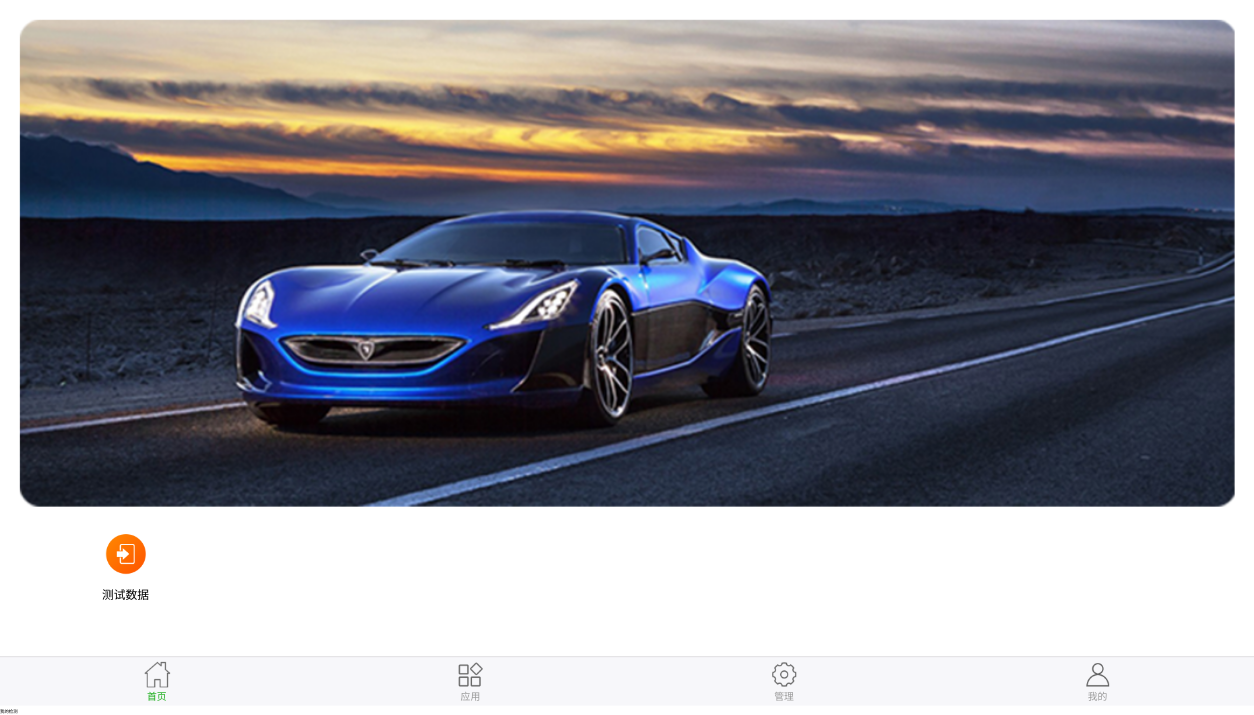
Repository: family-car/car
Page: index.html
An editor plug-in stored every save of this project. The page is shown before and after the next save, followed by the edit.
The browser window is 1280 px wide. The pictures show the whole page, at 98% of full size.

Above is the page before, as saved 2020-05-11 19:01:41.

After the next save:
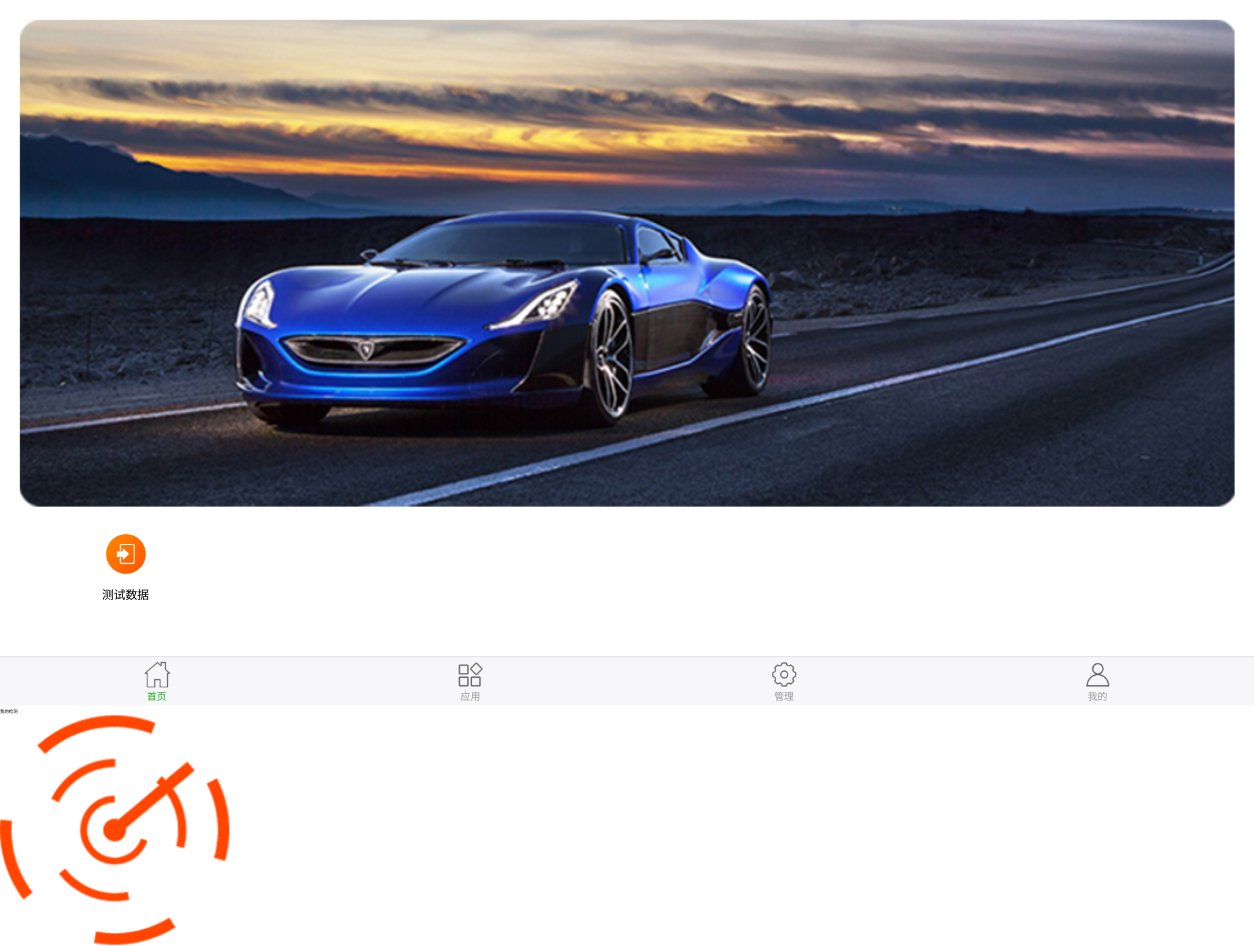
Saved 17 s later.
--- a/index.html
+++ b/index.html
@@ -39,7 +39,7 @@
      <div class="fl">
        <dl>
          <dt>我的检测</dt>
-         <dd></dd>
+         <dd><img src="src/image/check.png"/></dd>
        </dl>
      </div>
      <div class="fl"></div>
